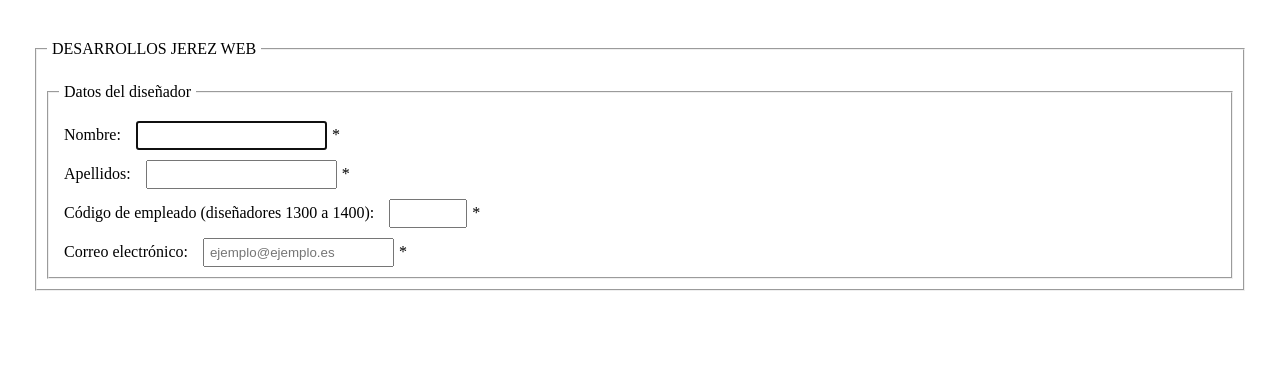
Repository: iSaan86/EV_Practica_FormularioCSS
Page: index.html
The author's editor kept a copy of each file at every save. The page is drawn from the files as they stood at one save, then again after the next save.
The browser window is 1280 px wide. The pictures show the whole page.

Above is the page before, as saved 2024-01-11 16:39:40.

After the next save:
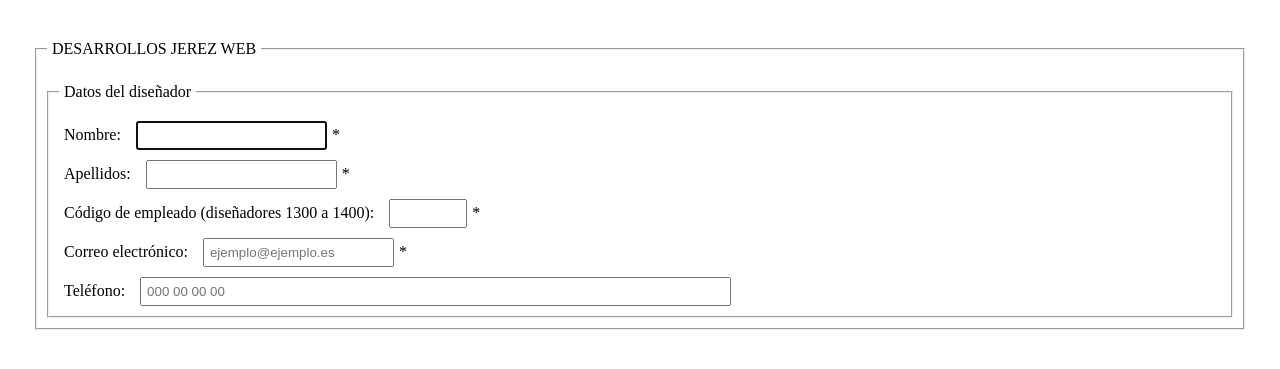
Saved 68 s later.
--- a/index.html
+++ b/index.html
@@ -23,6 +23,8 @@
                 <label for="apellidos">Apellidos:</label><input type="text" id="apellidos" name="apellidos" alt="indique sus apellidos" required minlength="2" maxlength="50">*<br>
                 <label for="codigo">Código de empleado (diseñadores 1300 a 1400):</label><input type="number" id="codigo" name="codigo" alt="indique su código de empleado" required min="1300" max="1400">*<br>
                 <label for="email">Correo electrónico:</label><input type="email" id="email" name="email" alt="indique su email" placeholder="ejemplo@ejemplo.es" required>*<br>
+                <label for="telefono">Teléfono:</label><input type="tel" id="telefono" size="70%" name="telefono"
+                alt="indique su telefono" placeholder="000 00 00 00" pattern="[0-9]{3} [0-9]{2} [0-9]{2} [0-9]{2}"><br>
             </fieldset>
 
 
